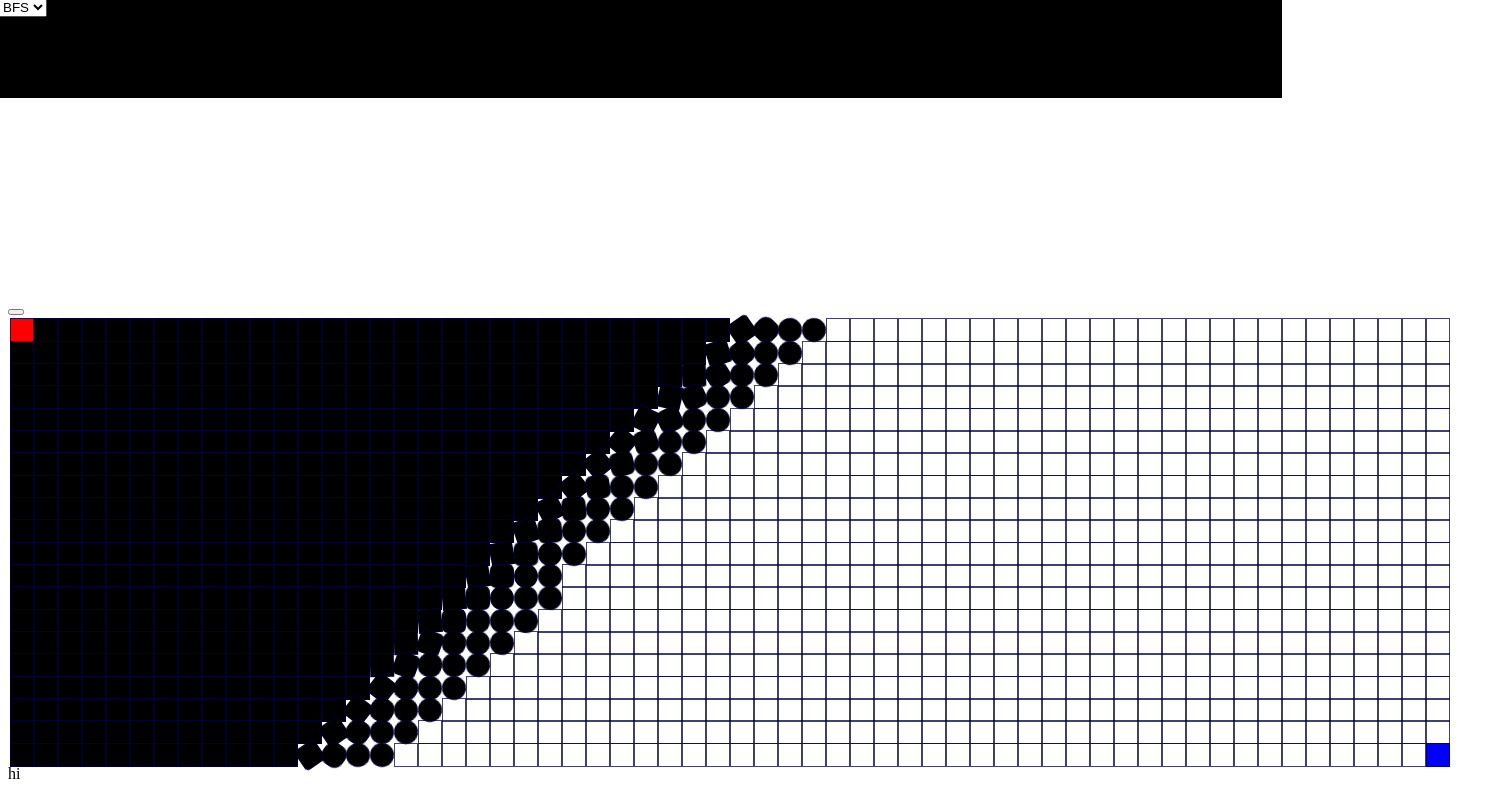
Repository: NikhilJohny/Pathfinding---ReactJS
Page: /, after clicking the first element matching `button`
The author's editor kept a copy of each file at every save. The page is drawn from the files as they stood at one save, then again after the next save.
The browser window is 1280 px wide. The page is 1508 px wide, so the pictures cover 1508 px, including what lies to the right of the window. The pictures show the whole page.
The project was rebuilt for these pictures with package versions that can differ from the ones it lists, and the page was loaded fresh each time.

Above is the page before, as saved 2021-05-11 11:01:07.

After the next save:
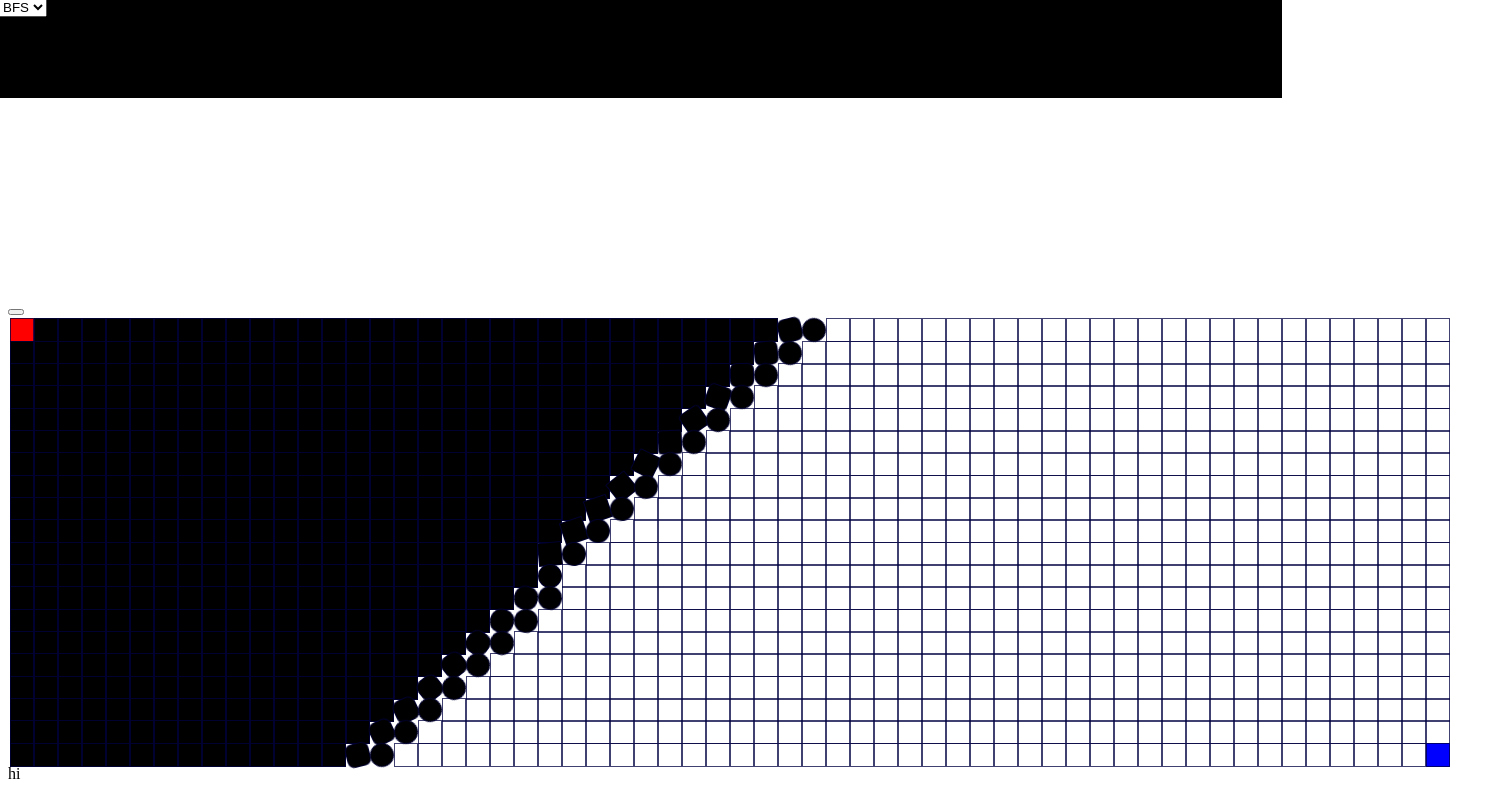
Saved 8 s later.
--- a/src/Node.css
+++ b/src/Node.css
@@ -60,7 +60,7 @@
     }
 
     .node-visited {
-        animation: square-to-circle 1s infinite cubic-bezier(1, .015, .295, 1.225) alternate;
+        animation: square-to-circle 0.5s infinite cubic-bezier(1, .015, .295, 1.225) alternate;
         /* animation-name: visitedAnimation1; */
         animation-timing-function: ease-out;
         animation-delay: 0;
